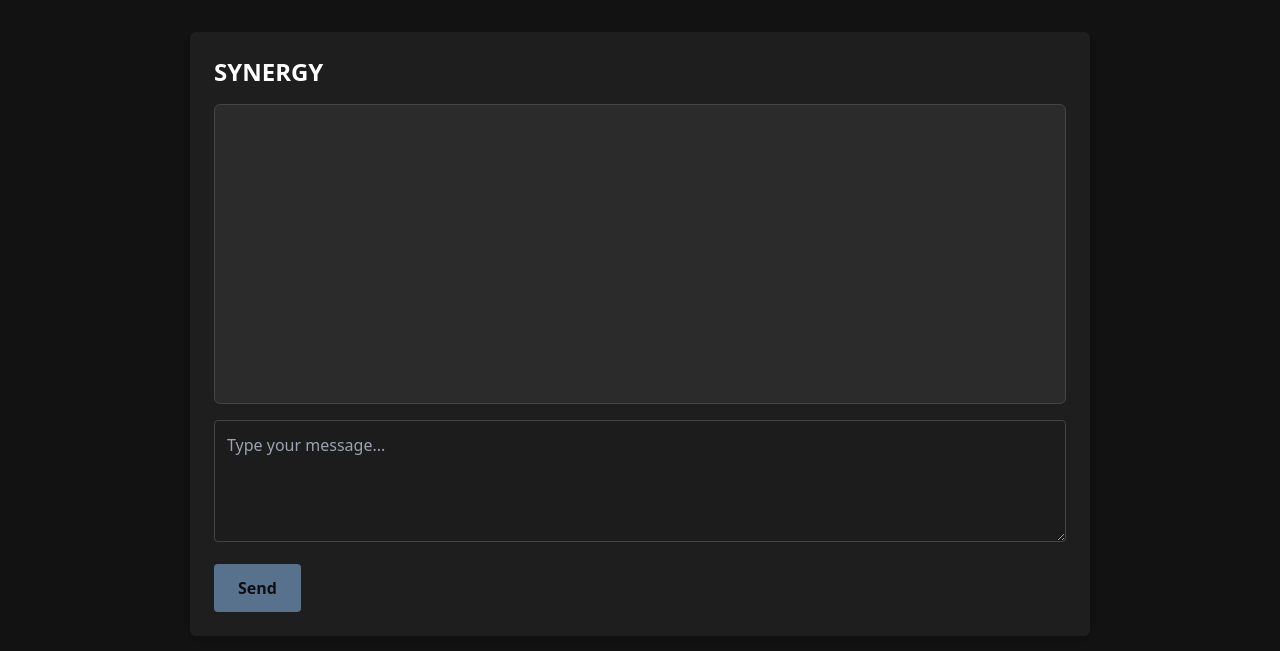
Repository: Theanh0410/Pre-thesis
Page: / (app in LLM/client/)
These files come from the project's save history. The page is drawn as it stood at one moment and after the next save; the edit follows.
The browser window is 1280 px wide. The pictures show the whole page.
The project was rebuilt for these pictures with package versions that can differ from the ones it lists, and the page was loaded fresh each time. The framework's server and built-in components were replaced by stand-ins that run in the browser. Also part of the build but not shown: LLM/client/next.config.js, LLM/client/next.config.mjs.

Above is the page before, as saved 2025-04-11 20:43:41.

### LLM/client/pages/_app.js
import "../styles/global.css"
export default function App({ Component, pageProps }) {
  return <Component {...pageProps} />;
}

### LLM/client/pages/index.js
import { useState } from 'react';

export default function ChatApp() {
  const [prompt, setPrompt] = useState('');
  const [messages, setMessages] = useState([]);
  const [loading, setLoading] = useState(false);

  const sendPrompt = async () => {
    if (!prompt.trim()) return;

    const userMsg = { role: 'user', text: prompt };
    setMessages(prev => [...prev, userMsg]);
    setPrompt('');
    setLoading(true);

    try {
      const res = await fetch('/api/chat', {
        method: 'POST',
        headers: { 'Content-Type': 'application/json' },
        body: JSON.stringify({ prompt: userMsg.text }),
      });

      if (!res.ok || !res.body) {
        throw new Error(`HTTP error: ${res.status}`);
      }

      let botMsg = { role: 'bot', text: '' };
      setMessages(prev => [...prev, botMsg]);

      const reader = res.body.getReader();
      const decoder = new TextDecoder();

      while (true) {
        const { done, value } = await reader.read();
        if (done) break;

        const chunk = decoder.decode(value);
        botMsg = { ...botMsg, text: botMsg.text + chunk };
        setMessages(prev => [...prev.slice(0, -1), botMsg]);
      }
    } catch (err) {
      console.error(err);
      setMessages(prev => [
        ...prev.slice(0, -1),
        { role: 'bot', text: `❌ Error: ${err.message}` },
      ]);
    } finally {
      setLoading(false);
    }
  };

  return (
    <main className="min-h-screen p-8 bg-[#121212] text-[#e0e0e0] font-sans">
      <div className="max-w-[900px] mx-auto bg-[#1e1e1e] p-6 rounded-md shadow-md">
        <h1 className="text-2xl text-white mb-4 font-semibold">SYNERGY</h1>

        <div className="h-[300px] overflow-y-auto bg-[#2b2b2b] border border-[#444] rounded-md p-4 mb-4">
          {messages.map((msg, idx) => (
            <div
              key={idx}
              className={`mb-3 whitespace-pre-wrap break-words ${
                msg.role === 'user' ? 'text-blue-300' : 'text-green-300'
              }`}
            >
              <strong>{msg.role === 'user' ? 'You' : 'SYNERGY'}:</strong> {msg.text}
            </div>
          ))}
          {loading && (
            <div className="italic text-gray-400">SYNERGY is typing...</div>
          )}
        </div>

        <textarea
          className="w-full p-3 border border-[#444] rounded resize-y bg-[#1c1c1c] text-white mb-4"
          rows={4}
          value={prompt}
          onChange={(e) => setPrompt(e.target.value)}
          placeholder="Type your message..."
          onKeyDown={(e) => {
            if (e.key === 'Enter' && !e.shiftKey) {
              e.preventDefault();
              sendPrompt();
            }
          }}
        />

        <button
          className="px-6 py-3 bg-blue-300 text-black font-bold rounded disabled:opacity-50 hover:bg-blue-400 transition"
          onClick={sendPrompt}
          disabled={loading || !prompt.trim()}
        >
          {loading ? 'Thinking...' : 'Send'}
        </button>
      </div>
    </main>
  );
}

Loaded but not shown: LLM/client/pages/_document.js (common file); LLM/client/styles/global.css (common file); LLM/client/tailwind.config.js (common file)

After the next save:
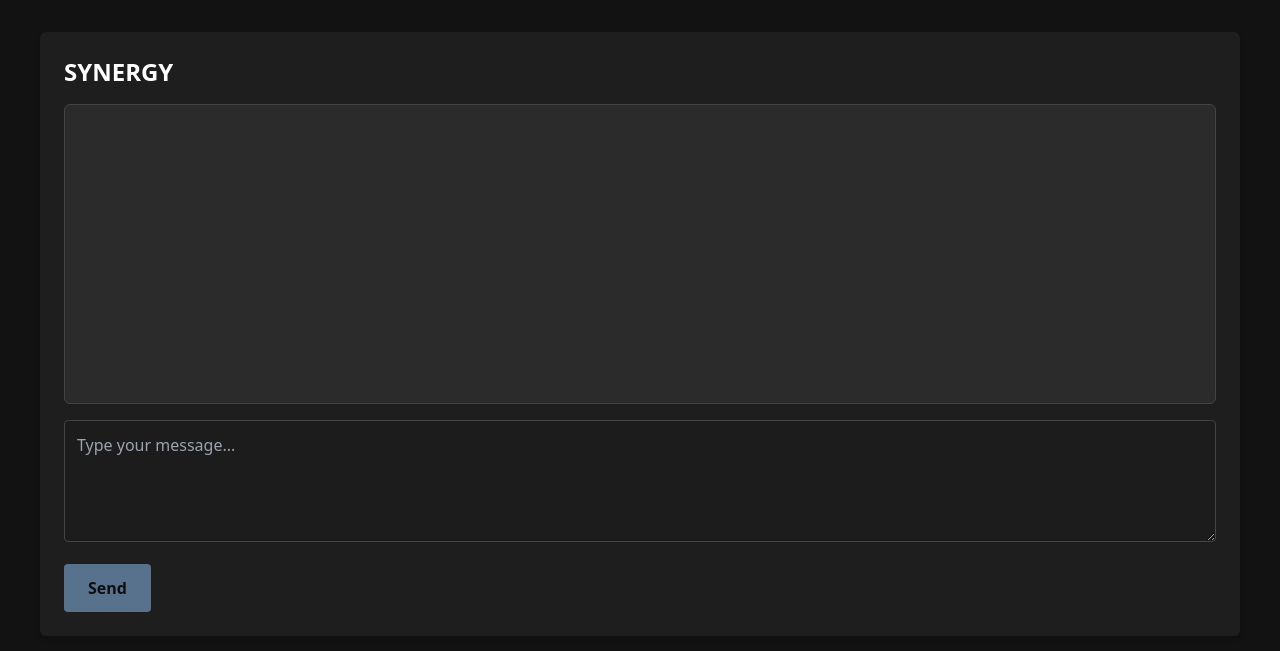
Saved 15 s later.
--- a/LLM/client/pages/index.js
+++ b/LLM/client/pages/index.js
@@ -51,7 +51,7 @@ export default function ChatApp() {
 
   return (
     <main className="min-h-screen p-8 bg-[#121212] text-[#e0e0e0] font-sans">
-      <div className="max-w-[900px] mx-auto bg-[#1e1e1e] p-6 rounded-md shadow-md">
+      <div className="max-w-[1200px] mx-auto bg-[#1e1e1e] p-6 rounded-md shadow-md">
         <h1 className="text-2xl text-white mb-4 font-semibold">SYNERGY</h1>
 
         <div className="h-[300px] overflow-y-auto bg-[#2b2b2b] border border-[#444] rounded-md p-4 mb-4">
